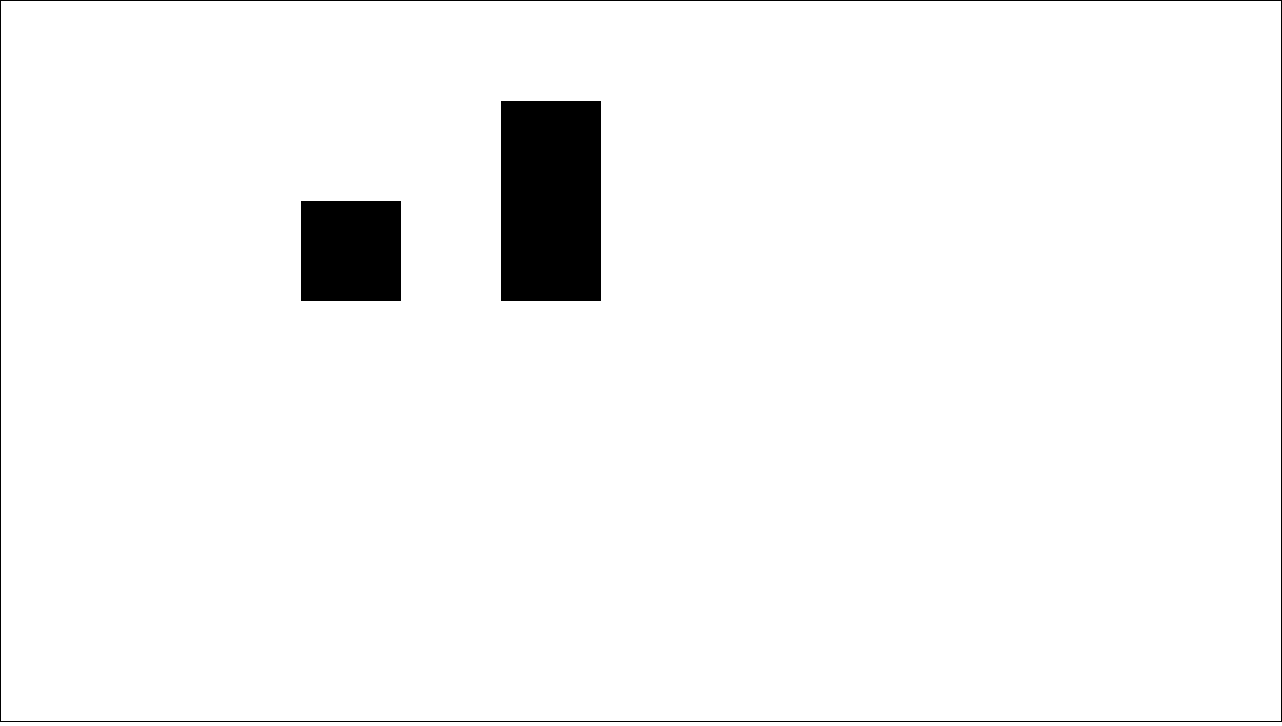
Repository: badhon252/Javascript-practice
Page: 1projects/JavaScript30/08 - Fun with HTML5 Canvas/index-START.html
The author's editor kept a copy of each file at every save. The page is drawn from the files as they stood at one save, then again after the next save.
The browser window is 1280 px wide. The page is 1282 px wide, so the pictures cover 1282 px, including what lies to the right of the window. The pictures show the whole page.

Above is the page before, as saved 2022-12-02 23:34:02.

After the next save:
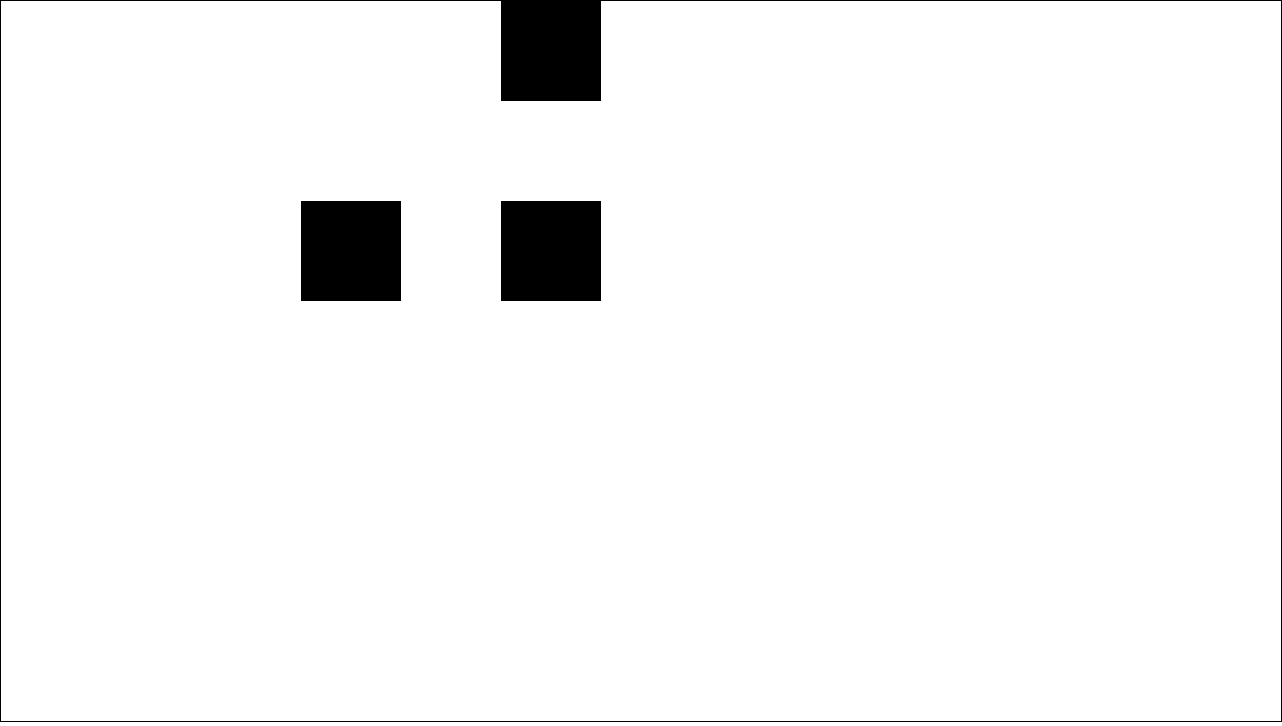
Saved 11 s later.
--- a/1projects/JavaScript30/08 - Fun with HTML5 Canvas/index-START.html
+++ b/1projects/JavaScript30/08 - Fun with HTML5 Canvas/index-START.html
@@ -32,7 +32,7 @@
         canvas.height = window.innerHeight;
 
         // ctx.fillRect(x, y, width, height)
-        ctx.fillRect(500, 100, 100, 100);
+        ctx.fillRect(500, 0, 100, 100);
         ctx.fillRect(300, 200, 100, 100);
         ctx.fillRect(500, 200, 100, 100);
     </script>

After the save that followed:
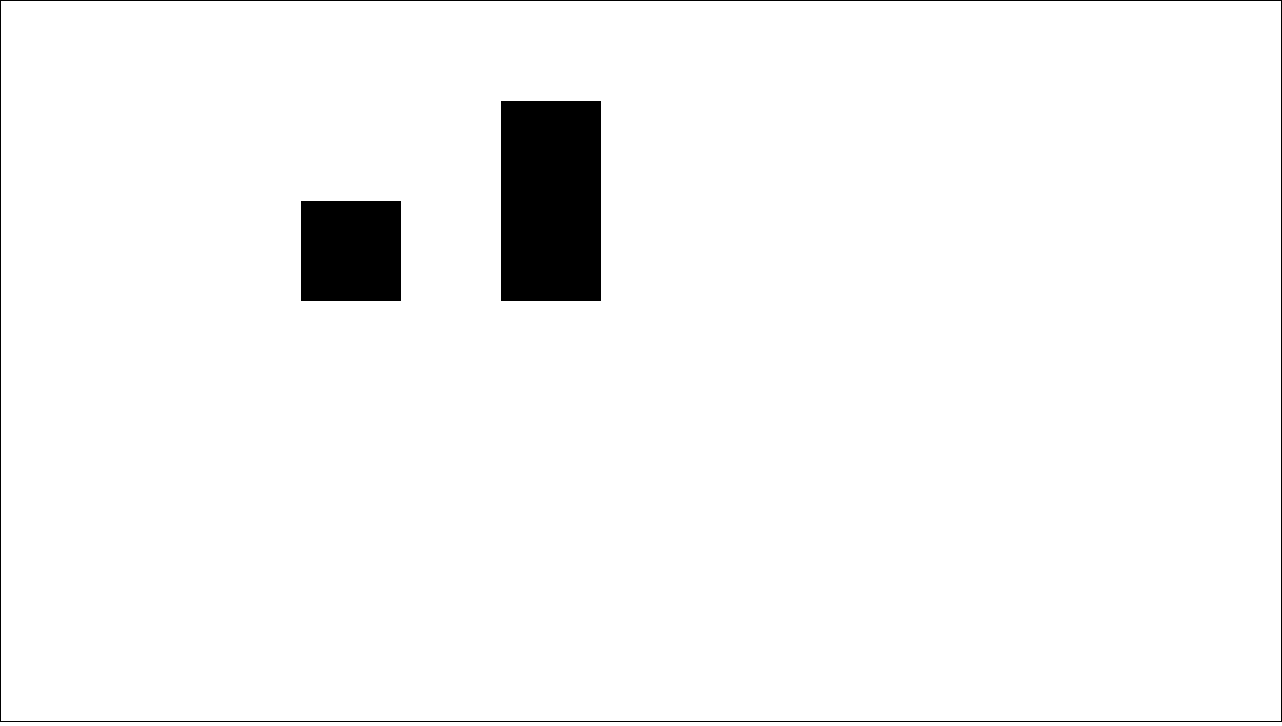
Saved 4 s later.
--- a/1projects/JavaScript30/08 - Fun with HTML5 Canvas/index-START.html
+++ b/1projects/JavaScript30/08 - Fun with HTML5 Canvas/index-START.html
@@ -32,7 +32,7 @@
         canvas.height = window.innerHeight;
 
         // ctx.fillRect(x, y, width, height)
-        ctx.fillRect(500, 0, 100, 100);
+        ctx.fillRect(500, 100, 100, 100);
         ctx.fillRect(300, 200, 100, 100);
         ctx.fillRect(500, 200, 100, 100);
     </script>
